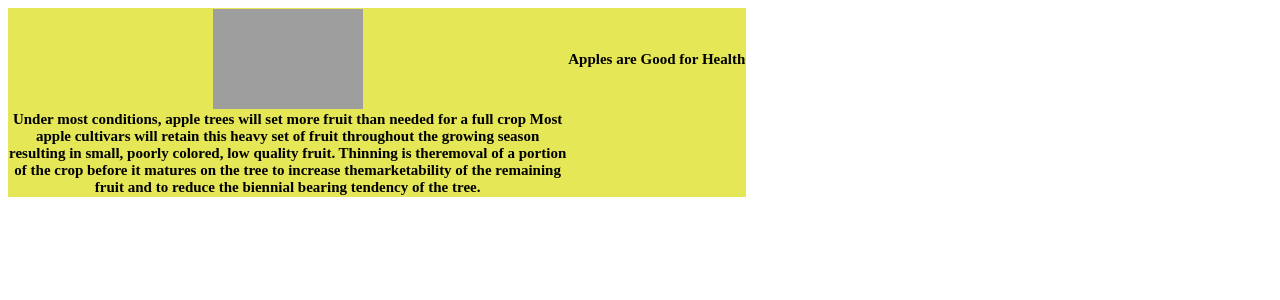
Repository: Helianthusss/Learn-CPP
Page: HTML/lap2/bai3.html
An editor plug-in stored every save of this project. The page is shown before and after the next save, followed by the edit.
The browser window is 1280 px wide. The pictures show the whole page.
Pictures or frames that could not be fetched are drawn as grey boxes.

Above is the page before, as saved 2021-09-22 11:28:04.

After the next save:
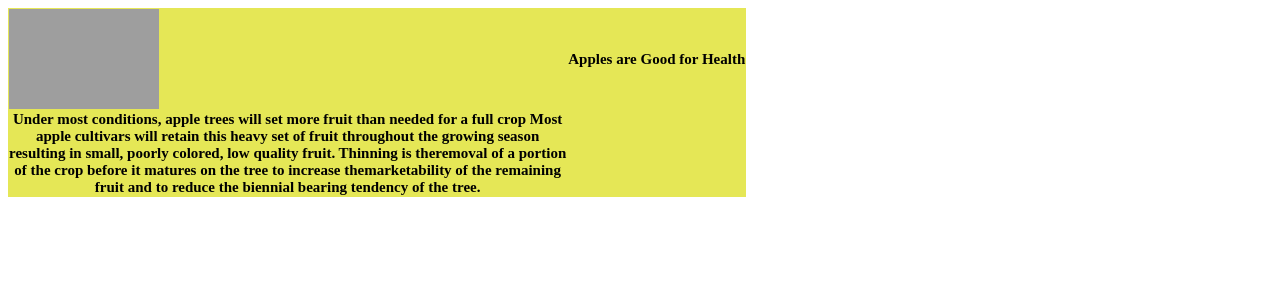
Saved 12 s later.
--- a/HTML/lap2/bai3.html
+++ b/HTML/lap2/bai3.html
@@ -30,7 +30,7 @@
             alt="Fruits"
             width="150"
             height="100"
-            align="center"
+            align="left"
           />
         </th>
         <th left="0">Apples are Good for Health</th>
